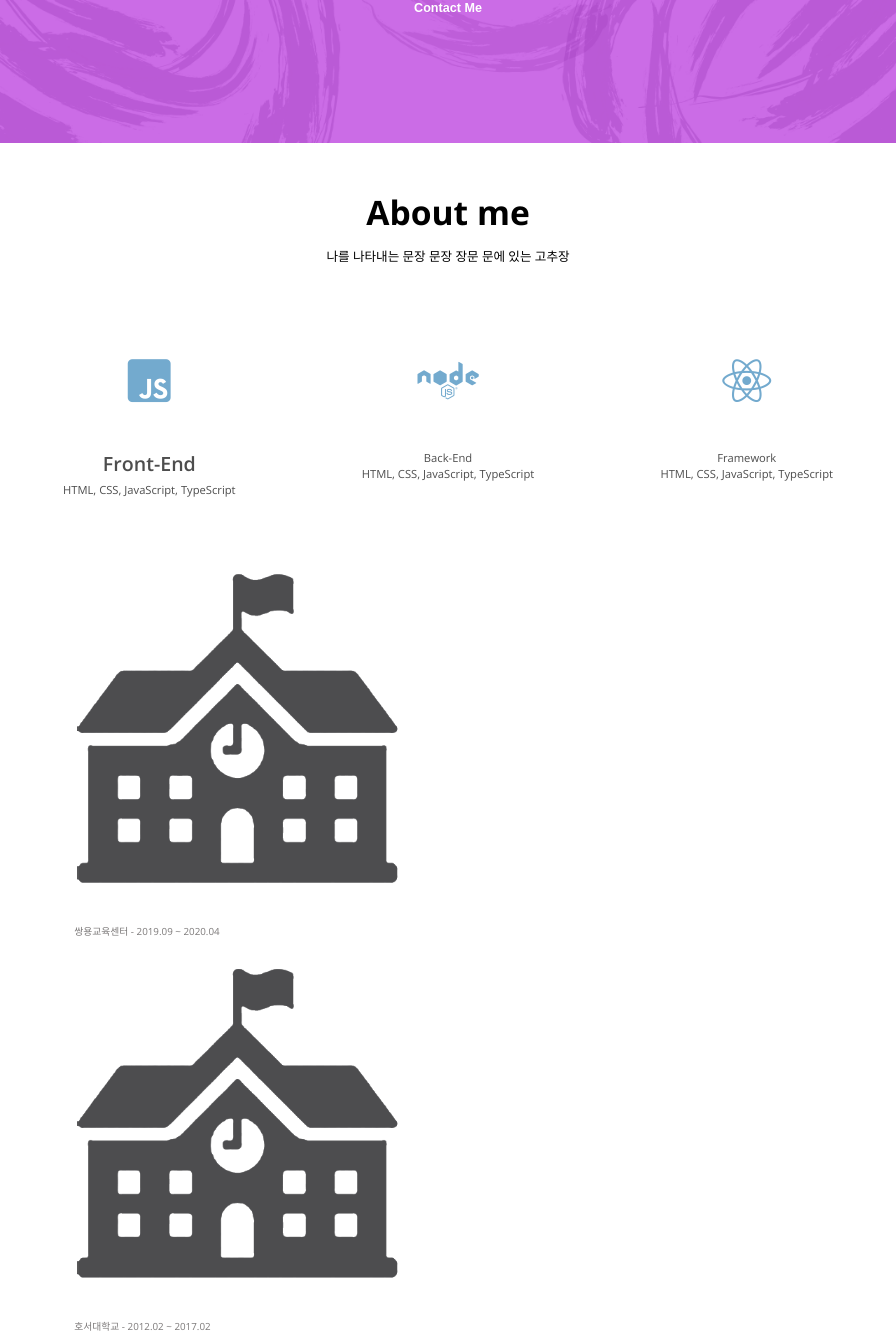
Repository: DevMinwoo-Jung/MinwooPortfolio
Page: index.html
These files come from the project's save history. The page is drawn as it stood at one moment and after the next save; the edit follows.
The browser window is 1280 px wide. The pictures show the part of the page from y = 656 to 2576 px (the page is 5419 px tall before and 5079 px after), at 70% of full size.

Above is the page before, as saved 2021-06-07 08:07:07.

After the next save:
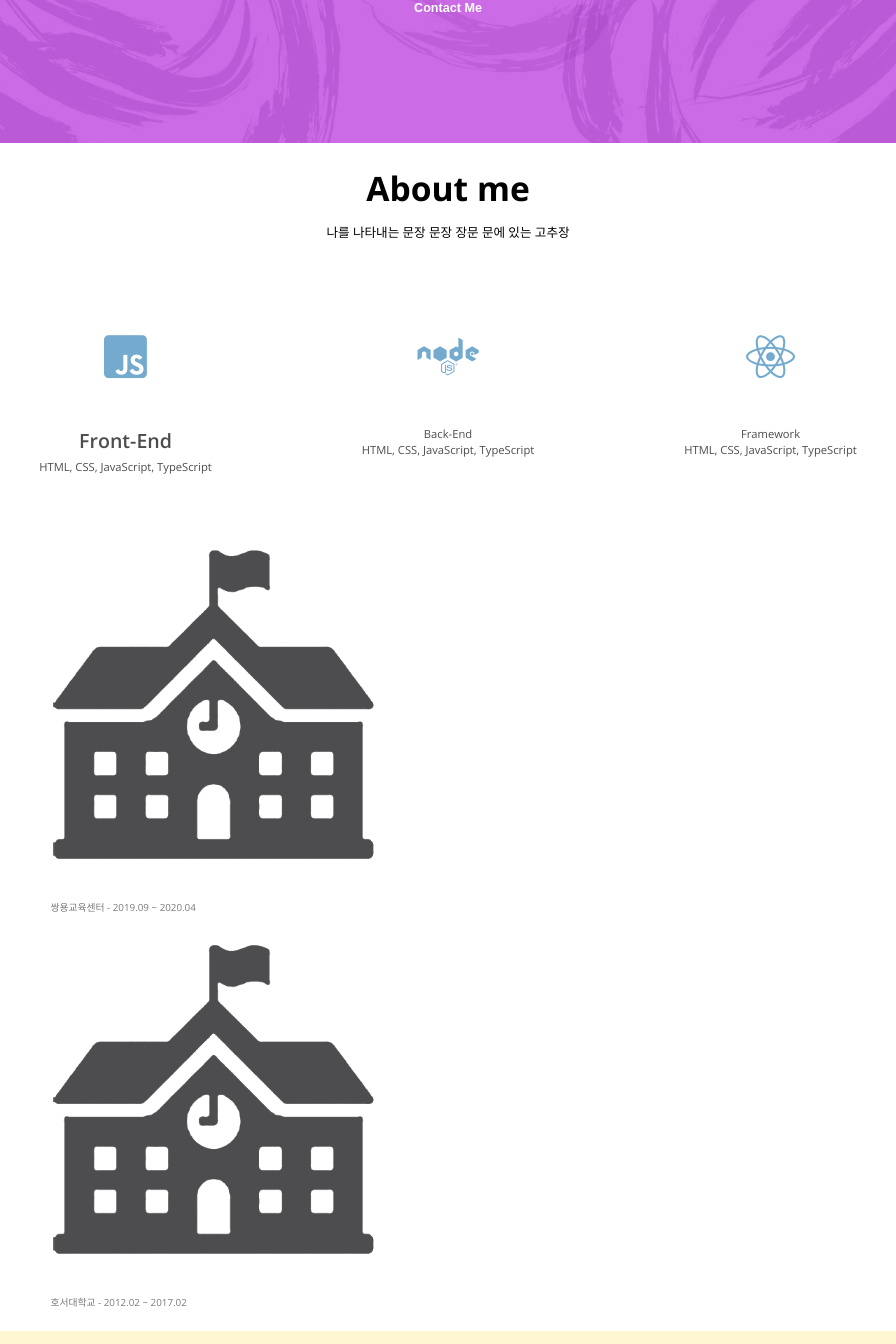
Saved 56 s later.
--- a/style.css
+++ b/style.css
@@ -195,7 +195,7 @@ button {
 /* Section common */
 .section {
   margin: auto;
-  padding: 50px;
+  padding: 16px;
   text-align: center;
 }
 

After the save that followed:
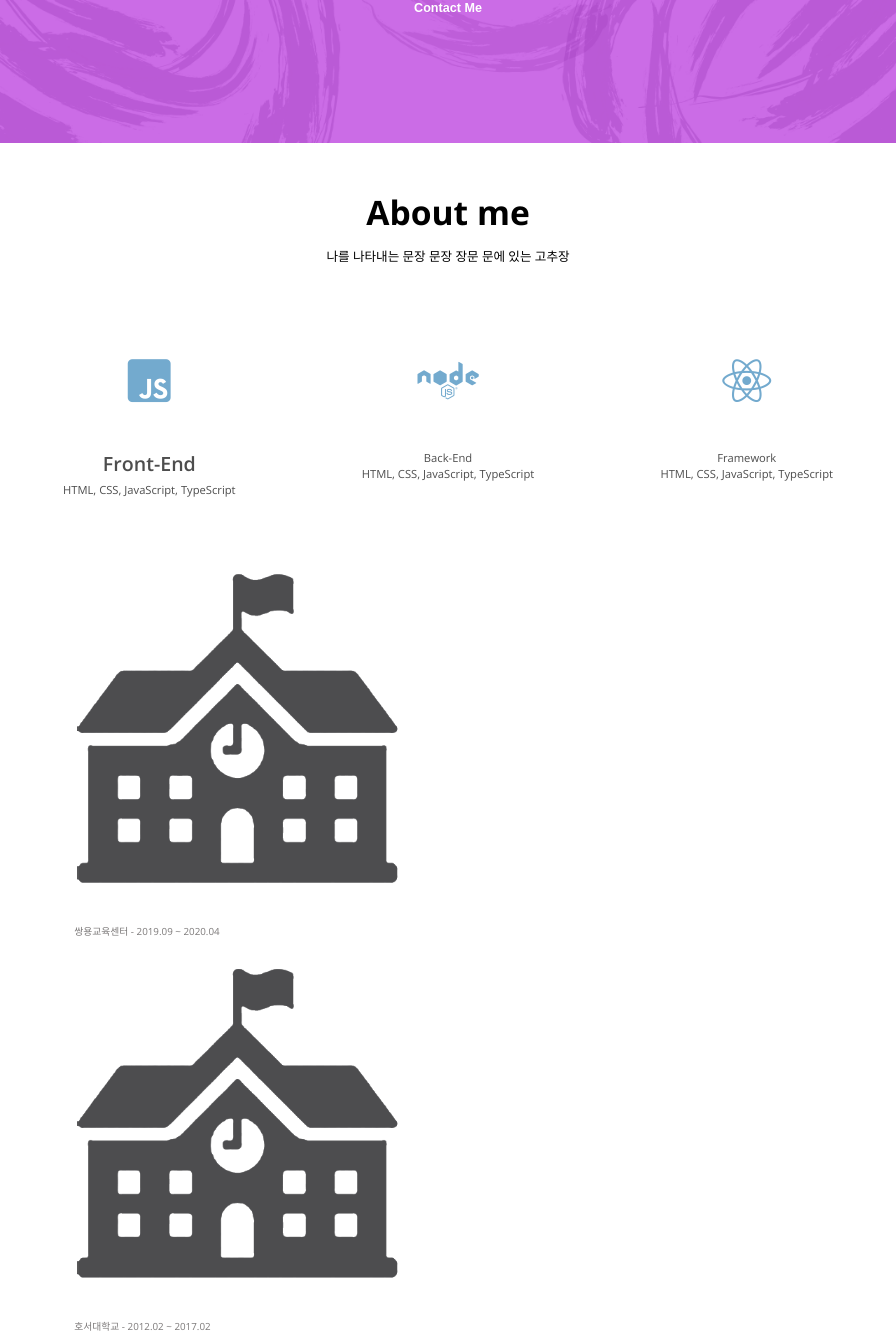
Saved 50 s later.
--- a/style.css
+++ b/style.css
@@ -195,7 +195,7 @@ button {
 /* Section common */
 .section {
   margin: auto;
-  padding: 16px;
+  padding: 50px;
   text-align: center;
 }
 
